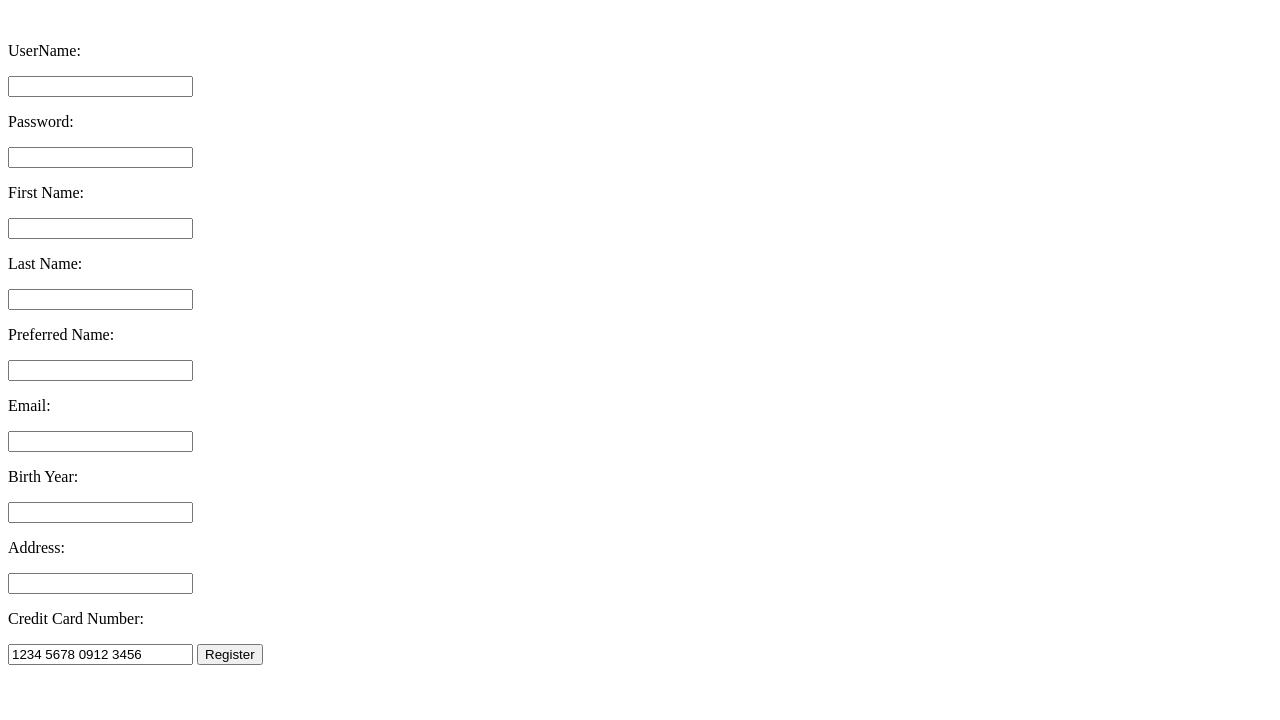
Repository: Hamzamshoaib/us2
Page: http://localhost/te_assignment_2/register.jsp
These files come from the project's save history. The page is drawn as it stood at one moment and after the next save; the edit follows.
The browser window is 1280 px wide. The pictures show the whole page.
The page is served by Tomcat 9. Other server files are loaded and not shown. Queries for data that is not in the repository find no rows.

Above is the page before, as saved 2015-05-09 12:21:01.

### te_assignment_2/WebContent/register.jsp
<%@ page language="java" contentType="text/html; charset=US-ASCII"
    pageEncoding="US-ASCII"%>
<!DOCTYPE html PUBLIC "-//W3C//DTD HTML 4.01 Transitional//EN" "http://www.w3.org/TR/html4/loose.dtd">
<html>
<head>
<meta http-equiv="Content-Type" content="text/html; charset=US-ASCII">
<title>Insert title here</title>
</head>
<body>
<FORM NAME="registrationform" ACTION="register" METHOD="POST">
<br>
<p>UserName: </p>
<INPUT type="text" name="username">
<br>
<p>Password: </p>
<INPUT type="password" name="password">
<br>
<p>First Name: </p>
<INPUT type="text" name="firstname">
<br>
<p>Last Name: </p>
<INPUT type="text" name="lastname">
<br>
<p>Preferred Name: </p>
<INPUT type="text" name="nickname">
<br>
<p>Email: </p>
<INPUT type="text" name="email">
<br>
<p>Birth Year: </p>
<INPUT type="text" name="birthyear">
<br>
<p>Address: </p>
<INPUT type="text" name="address">
<br>
<p>Credit Card Number: </p>
<INPUT type="text" name="creditcard" value="1234 5678 0912 3456">
<INPUT TYPE="submit" name="action" value="Register">
</FORM>
</body>
</html>

### te_assignment_2/src/edu/unsw/comp9321/Email.java
package edu.unsw.comp9321;


import java.util.Properties;
import javax.mail.Message;
import javax.mail.MessagingException;
import javax.mail.PasswordAuthentication;
import javax.mail.Session;
import javax.mail.Transport;
import javax.mail.internet.InternetAddress;
import javax.mail.internet.MimeMessage;


public class Email {

	String from;
    final String username = "dailyauctiondeals";
    final String password = "moshe123";
    String host;
    Properties props;
    Session session;

	public Email(){
		from = "dailyauctiondeals@gmail.com";
		host = "smtp.gmail.com";

		props = new Properties();
		props.put("mail.smtp.auth", "true");
		props.put("mail.smtp.starttls.enable", "true");
		props.put("mail.smtp.host", host);
		props.put("mail.smtp.port", "587");

		session = Session.getInstance(props,
	      new javax.mail.Authenticator() {
	         protected PasswordAuthentication getPasswordAuthentication() {
	            return new PasswordAuthentication(username, password);
	         }
		});
	}

	public Boolean sendVerifyEmail(String to, String IDToken){

	      try {
	         // Create a default MimeMessage object.
	         Message message = new MimeMessage(session);

	         // Set From: header field of the header.
	         message.setFrom(new InternetAddress(from));

	         // Set To: header field of the header.
	         message.setRecipients(Message.RecipientType.TO,
	         InternetAddress.parse(to));
	         // Set Subject: header field
	         message.setSubject("Welcome to Daily Auction Deals! Please verify your email.");
	         // Now set the actual message
	         message.setText("Hi!\n\n"
	         		+ "Welcome to Daily Auction Deals! To use your account, please verify your email by clicking this link "
	         		+ "\n\n\thttp://localhost:8080/te_assignment_2/verification?verification_token=" + IDToken
	         		+ "\n\n"
	         		+ "Daily Auction Deals Team :)");

	         // Send message
	         Transport.send(message);

	         System.out.println("Sent message successfully...");

	      } catch (MessagingException e) {
	    	  return false;
	      }

		return true;
	}

	public Boolean newHighBid(int Item_ID){
		UserController uc = new UserController();
		BiddingController bc = new BiddingController();
		String user = bc.winningBidder(Item_ID);
		int highestBid = bc.currentWinningBid(Item_ID);
		String to = uc.getEmail(user);
		String itemName = uc.getItemName(Item_ID);
	      try {
		         // Create a default MimeMessage object.
		         Message message = new MimeMessage(session);

		         // Set From: header field of the header.
		         message.setFrom(new InternetAddress(from));

		         // Set To: header field of the header.
		         message.setRecipients(Message.RecipientType.TO,
		         InternetAddress.parse(to));
		         // Set Subject: header field
		         message.setSubject("Congratulations " + user + "! You have the highest bid at the moment!");
		         // Now set the actual message
		         message.setText("Hi!\n\n"
		         		+ "You have the highest bid for " + itemName + " at $" + highestBid + "."
		         		+ "\n\n"
		         		+ "Daily Auction Deals Team :)");

		         // Send message
		         Transport.send(message);

		         System.out.println("Sent New High Bid Mail successfully...");

	      } catch (MessagingException e) {
	    	  return false;
	      }
	      return true;
	}

	public Boolean sendLostBidEmail(int Item_ID){
		UserController uc = new UserController();
		BiddingController bc = new BiddingController();

		String user = bc.secondHighestBidder(Item_ID);
		if (user == null){
			System.out.println("He was the only bidder");
			return false;
		}

		int highestBid = bc.currentWinningBid(Item_ID);
		String to = uc.getEmail(user);
		String itemName = uc.getItemName(Item_ID);
	      try {
		         // Create a default MimeMessage object.
		         Message message = new MimeMessage(session);

		         // Set From: header field of the header.
		         message.setFrom(new InternetAddress(from));

		         // Set To: header field of the header.
		         message.setRecipients(Message.RecipientType.TO,
		         InternetAddress.parse(to));
		         // Set Subject: header field
		         message.setSubject("Oh no, " + user + "! You've been outbid!");
		         // Now set the actual message
		         message.setText("Hi!\n\n"
		         		+ "Unfortunately you have been outbid for your " + itemName + ".\n\n"
		         		+ "The new highest bid is: $" + highestBid + "."
		         		+ "\n\n"
		         		+ "Daily Auction Deals Team :)");

		         // Send message
			         Transport.send(message);

			         System.out.println("Sent Lost Bid Mail successfully...");

	      } catch (MessagingException e) {
	    	  return false;
	      }
	      return true;
	}

	public Boolean emailWinner(int Item_ID){
		UserController uc = new UserController();
		BiddingController bc = new BiddingController();
		String user = bc.winningBidder(Item_ID);
		int highestBid = bc.currentWinningBid(Item_ID);
		String to = uc.getEmail(user);
		String itemName = uc.getItemName(Item_ID);
	      try {
		         // Create a default MimeMessage object.
		         Message message = new MimeMessage(session);

		         // Set From: header field of the header.
		         message.setFrom(new InternetAddress(from));

		         // Set To: header field of the header.
		         message.setRecipients(Message.RecipientType.TO,
		         InternetAddress.parse(to));
		         // Set Subject: header field
		         message.setSubject("Congratulations " + user + "! You have won an item!");
		         // Now set the actual message
		         message.setText("Hi!\n\n"
		         		+ "You have won a brand new " + itemName + " for $" + highestBid + "! :)"
		         		+ "\n\n"
		         		+ "Daily Auction Deals Team :)");

		         // Send message
		         Transport.send(message);

		         System.out.println("Sent winner email successfully...");

	      } catch (MessagingException e) {
	    	  return false;
	      }
	      return true;
	}

	public Boolean emailOwner(int Item_ID){
		UserController uc = new UserController();
		BiddingController bc = new BiddingController();
		String user = uc.getItemOwner(Item_ID);
		int highestBid = bc.currentWinningBid(Item_ID);
		String to = uc.getEmail(user);
		String itemName = uc.getItemName(Item_ID);
	      try {
		         // Create a default MimeMessage object.
		         Message message = new MimeMessage(session);

		         // Set From: header field of the header.
		         message.setFrom(new InternetAddress(from));

		         // Set To: header field of the header.
		         message.setRecipients(Message.RecipientType.TO,
		         InternetAddress.parse(to));
		         // Set Subject: header field
		         message.setSubject("Congratulations " + user + "! Your item has been sold!");
		         // Now set the actual message
		         message.setText("Hi!\n\n"
		         		+ "You have sold your item " + itemName + " for $" + highestBid + "! :)"
		         		+ "\n\n"
		         		+ "Daily Auction Deals Team :)");

		         // Send message
		         Transport.send(message);

		         System.out.println("Sent owner email successfully...");

	      } catch (MessagingException e) {
	    	  return false;
	      }
	      return true;
	}

	public Boolean lessThanReserved(int Item_ID){
		UserController uc = new UserController();
		BiddingController bc = new BiddingController();
		String user = uc.getItemOwner(Item_ID);
		int highestBid = bc.currentWinningBid(Item_ID);
		String to = uc.getEmail(user);
		String itemName = uc.getItemName(Item_ID);
	      try {
		         // Create a default MimeMessage object.
		         Message message = new MimeMessage(session);

		         // Set From: header field of the header.
		         message.setFrom(new InternetAddress(from));

		         // Set To: header field of the header.
		         message.setRecipients(Message.RecipientType.TO,
		         InternetAddress.parse(to));
		         // Set Subject: header field
		         message.setSubject(user + ", your item has not reached its reserve price");
		         // Now set the actual message
		         message.setText("Hi!\n\n"
		         		+ "Your item, " + itemName + " has an offer of $" + highestBid
		         		+ " which is below your reserve price of $" + bc.getReservePrice(Item_ID) + ".\n\n"
		         		+ "Log into your account to accept or reject this offer."
		         		+ "\n\n"
		         		+ "Daily Auction Deals Team :)");

		         // Send message
		         Transport.send(message);

		         System.out.println("Sent reserved price notification email successfully...");

	      } catch (MessagingException e) {
	    	  return false;
	      }
	      return true;
	}

	public Boolean itemNotSold(int Item_ID){
		UserController uc = new UserController();
		String user = uc.getItemOwner(Item_ID);
		String to = uc.getEmail(user);
		String itemName = uc.getItemName(Item_ID);
	      try {
		         // Create a default MimeMessage object.
		         Message message = new MimeMessage(session);

		         // Set From: header field of the header.
		         message.setFrom(new InternetAddress(from));

		         // Set To: header field of the header.
		         message.setRecipients(Message.RecipientType.TO,
		         InternetAddress.parse(to));
		         // Set Subject: header field
		         message.setSubject(user + ", your item wasn't sold :(");
		         // Now set the actual message
		         message.setText("Hi!\n\n"
		         		+ "Your item, " + itemName + ", has not had any bids and was not sold. :( \n\n"
		         		+ "Log into your account and re-add if you want."
		         		+ "\n\n"
		         		+ "Daily Auction Deals Team :)");

		         // Send message
		         Transport.send(message);

		         System.out.println("Sent item not sold notification email successfully...");

	      } catch (MessagingException e) {
	    	  return false;
	      }
	      return true;
	}

	public void newBidEmails(int Item_ID){
		newHighBid(Item_ID);
		sendLostBidEmail(Item_ID);
	}

	public void endAuctionEmails(int Item_ID){
		emailWinner(Item_ID);
		emailOwner(Item_ID);
	}
}

After the next save:
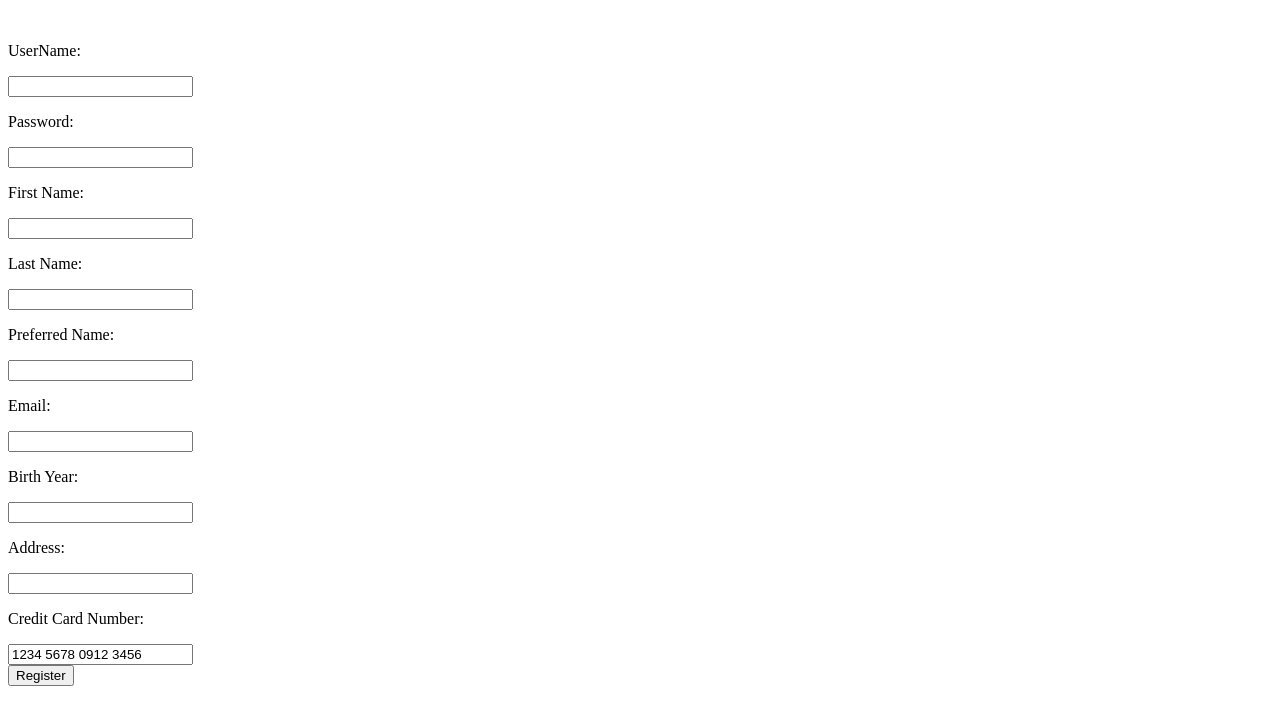
Saved 94 s later.
--- a/te_assignment_2/WebContent/register.jsp
+++ b/te_assignment_2/WebContent/register.jsp
@@ -35,7 +35,8 @@
 <br>
 <p>Credit Card Number: </p>
 <INPUT type="text" name="creditcard" value="1234 5678 0912 3456">
-<INPUT TYPE="submit" name="action" value="Register">
+<br>
+<INPUT TYPE="submit" name="" value="Register">
 </FORM>
 </body>
 </html>
